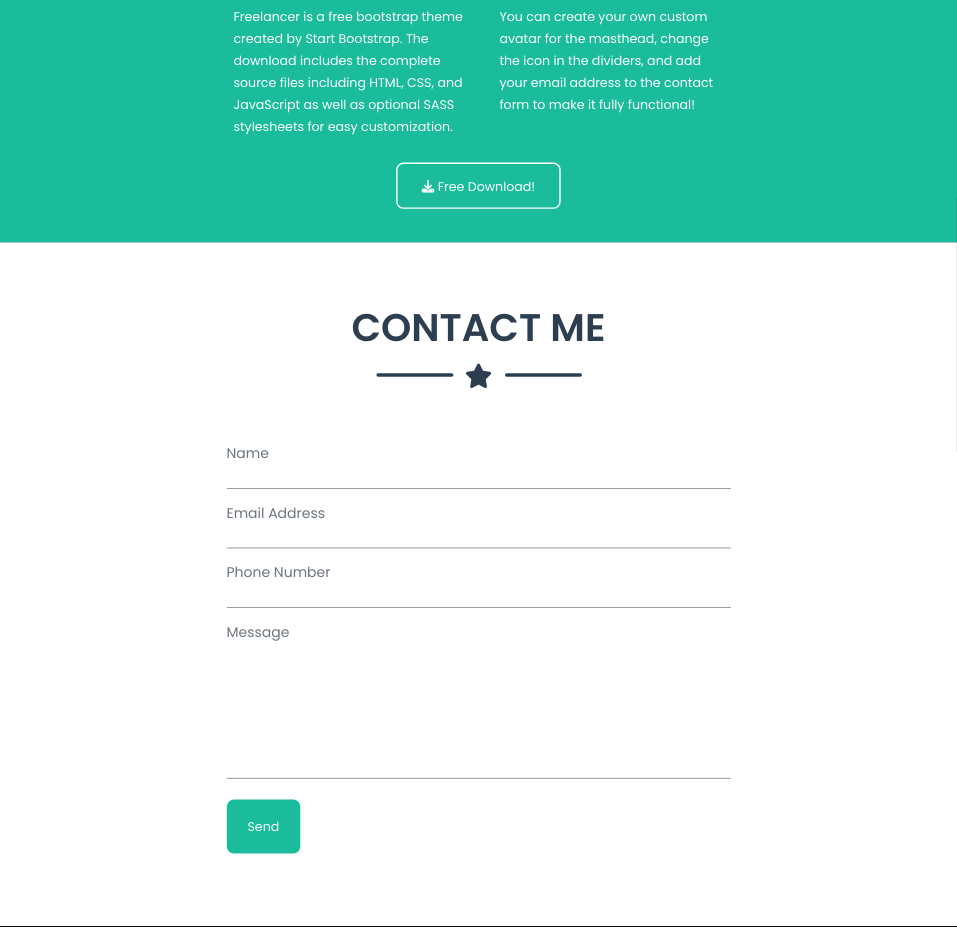
Repository: sSoRaK/web-cut-by-figma_train
Page: bai02/index.html
The author's editor kept a copy of each file at every save. The page is drawn from the files as they stood at one save, then again after the next save.
The browser window is 1280 px wide. The page is 1367 px wide, so the pictures cover 1367 px, including what lies to the right of the window. The pictures show the part of the page from y = 1895 to 3655 px (the page is 3219 px tall before and 3655 px after), at 70% of full size.

Above is the page before, as saved 2023-06-02 14:54:00.

After the next save:
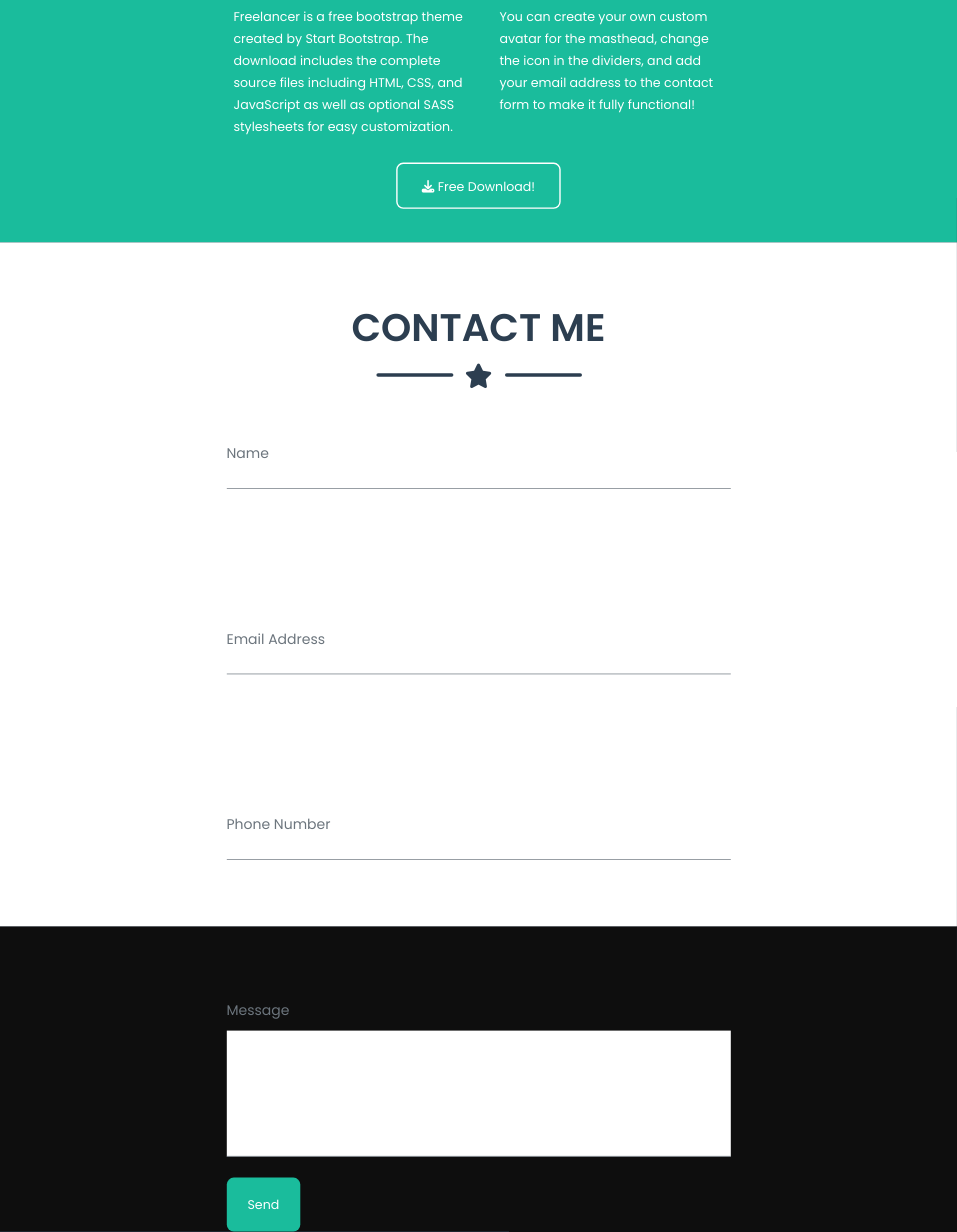
Saved 6 s later.
--- a/bai02/style.css
+++ b/bai02/style.css
@@ -189,7 +189,7 @@
   margin-bottom: 20px;
 }
 .block:not(:first-child) {
-  margin-top: 20px;
+  margin-top: 200px;
 }
 .block label {
   color: #6c757d;

After the save that followed:
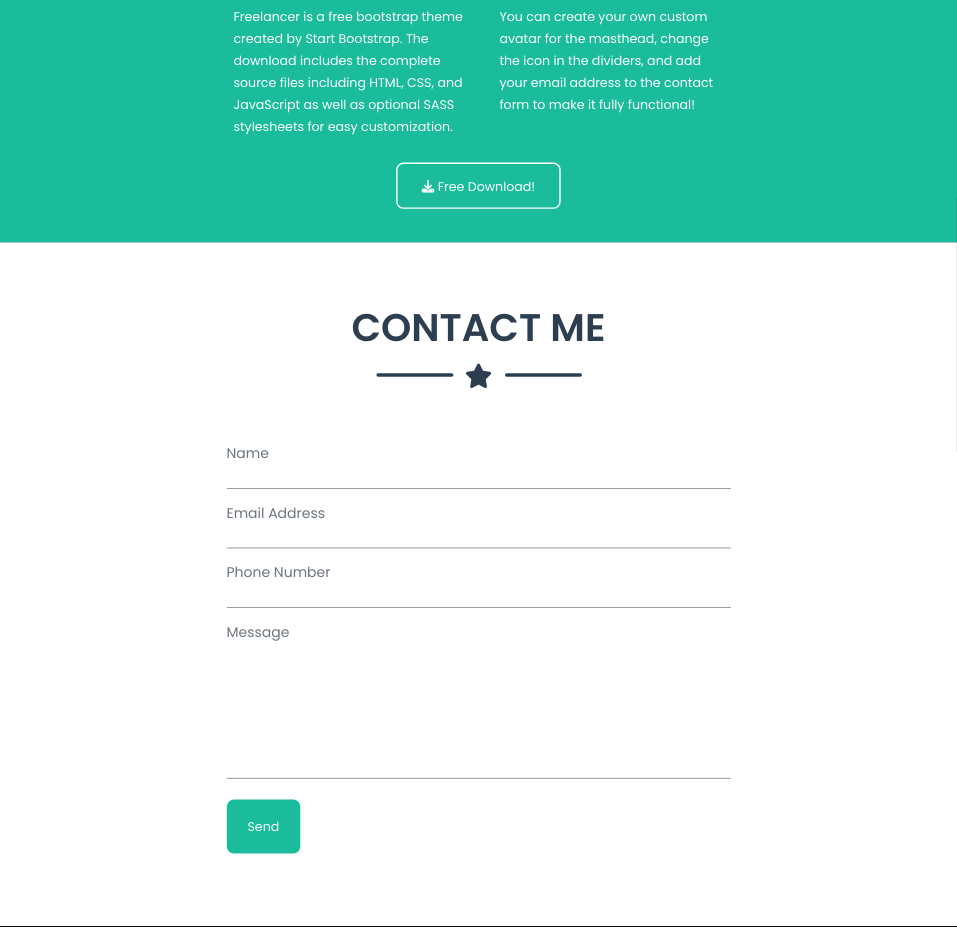
Saved 7 s later.
--- a/bai02/style.css
+++ b/bai02/style.css
@@ -189,7 +189,7 @@
   margin-bottom: 20px;
 }
 .block:not(:first-child) {
-  margin-top: 200px;
+  margin-top: 20px;
 }
 .block label {
   color: #6c757d;
